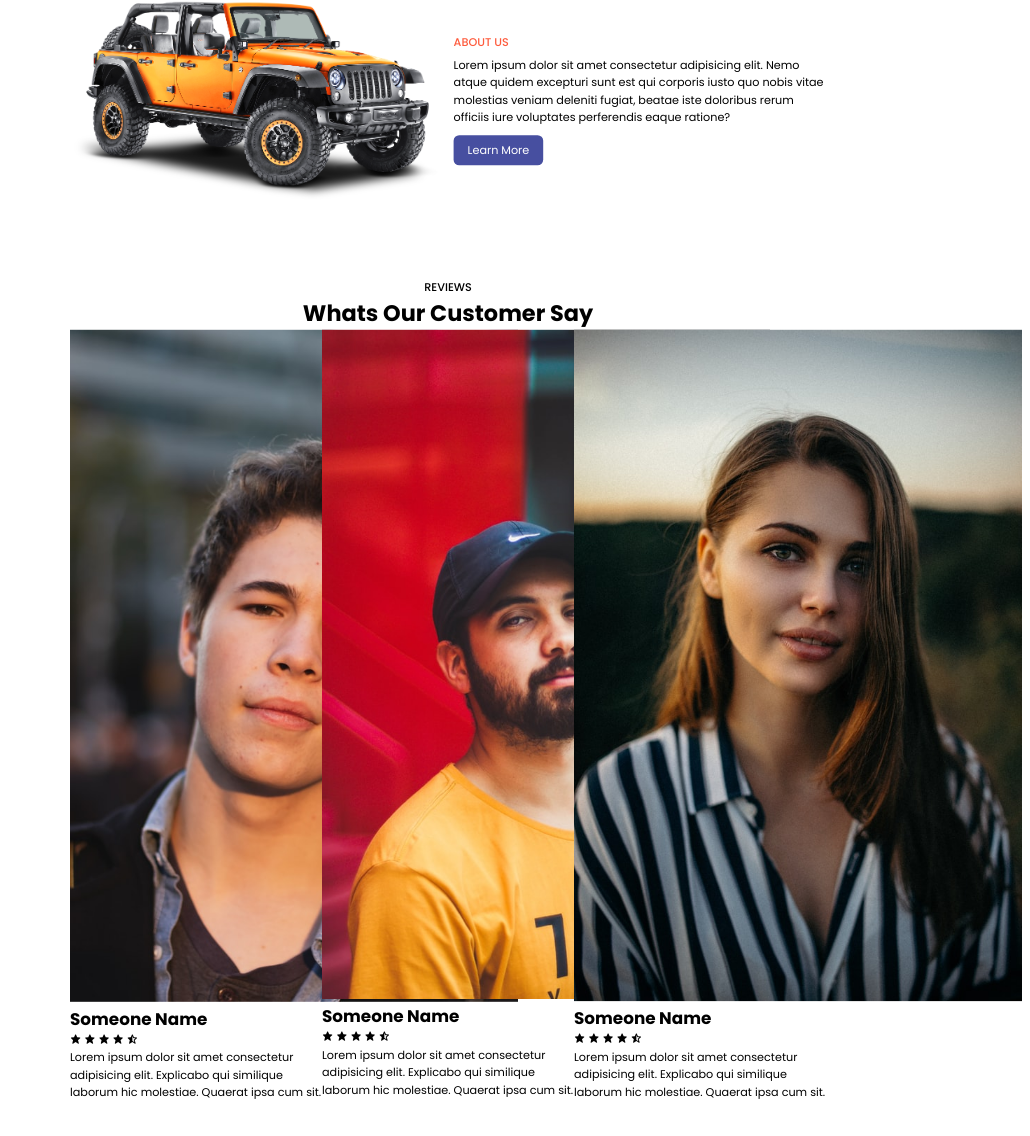
Repository: douglasabnovato/car-rental
Page: index.html
These files come from the project's save history. The page is drawn as it stood at one moment and after a run of saves; the edit follows.
The browser window is 1280 px wide. The page is 1460 px wide, then 1471 px, so the pictures cover 1471 px, including what lies to the right of the window. The pictures show the part of the page from y = 2393 to 4073 px (the page is 4016 px tall before and 4073 px after), at 70% of full size.

Above is the page before, as saved 2025-05-16 16:33:04.

After the next 2 saves:
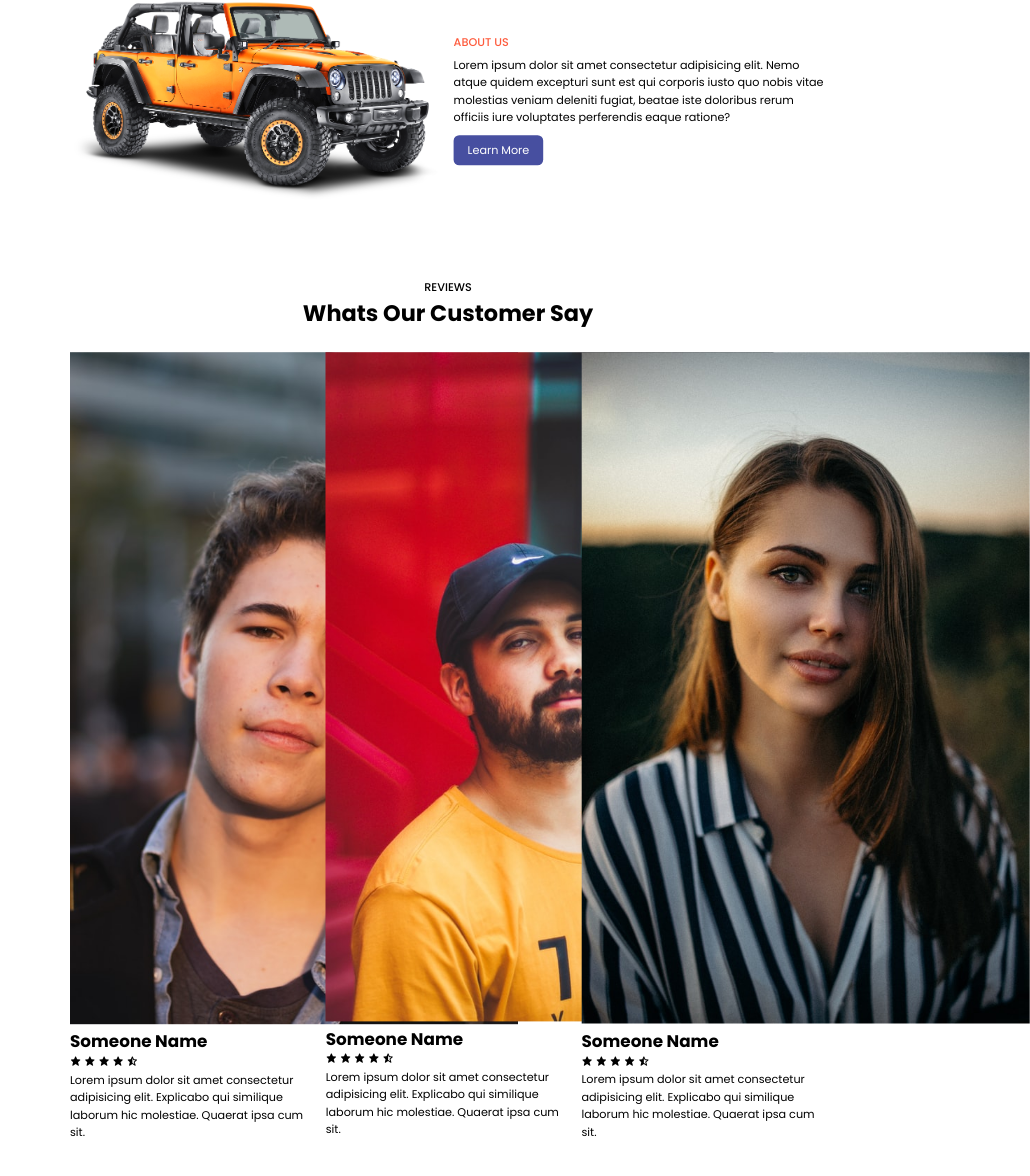
The 2 saves are shown as one change because they came seconds apart.
The last was saved 17 s later.
--- a/style.css
+++ b/style.css
@@ -336,6 +336,8 @@ header {
 
 /* Review */
 .reviews-container {
-    display: grid;
-    grid-template-columns: repeat(auto-fit, minmax(250px, auto));
-}
+  display: grid;
+  grid-template-columns: repeat(auto-fit, minmax(250px, auto));
+  gap: 1rem;
+  margin-top: 2rem;
+}
